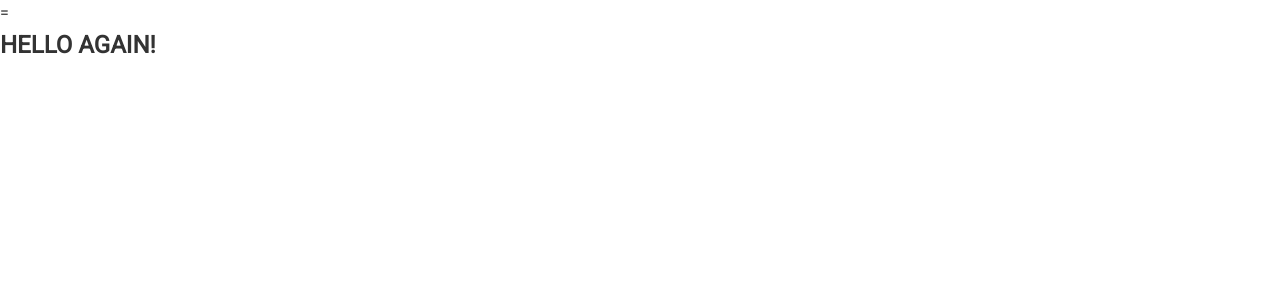
Repository: yurimnim/react-stutdy
Page: / (app in github_finder/)
An editor plug-in stored every save of this project. The page is shown before and after the next save, followed by the edit.
The browser window is 1280 px wide. The pictures show the whole page.
The project was rebuilt for these pictures with package versions that can differ from the ones it lists, and the page was loaded fresh each time.

Above is the page before, as saved 2021-02-21 11:08:05.

After the next save:
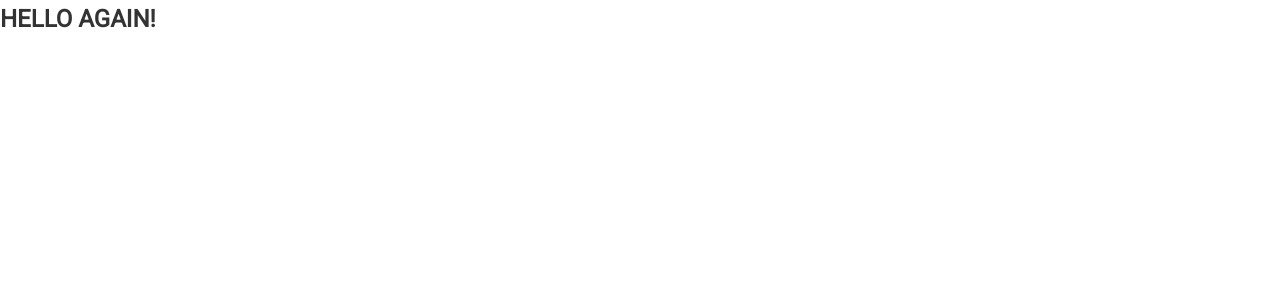
Saved 14 s later.
--- a/github_finder/public/index.html
+++ b/github_finder/public/index.html
@@ -10,7 +10,7 @@
       content="Web site created using create-react-app"
     />
     <link rel="apple-touch-icon" href="%PUBLIC_URL%/logo192.png" />
-    =
+
     <link rel="manifest" href="%PUBLIC_URL%/manifest.json" />
 
     <title>Github Finder</title>
